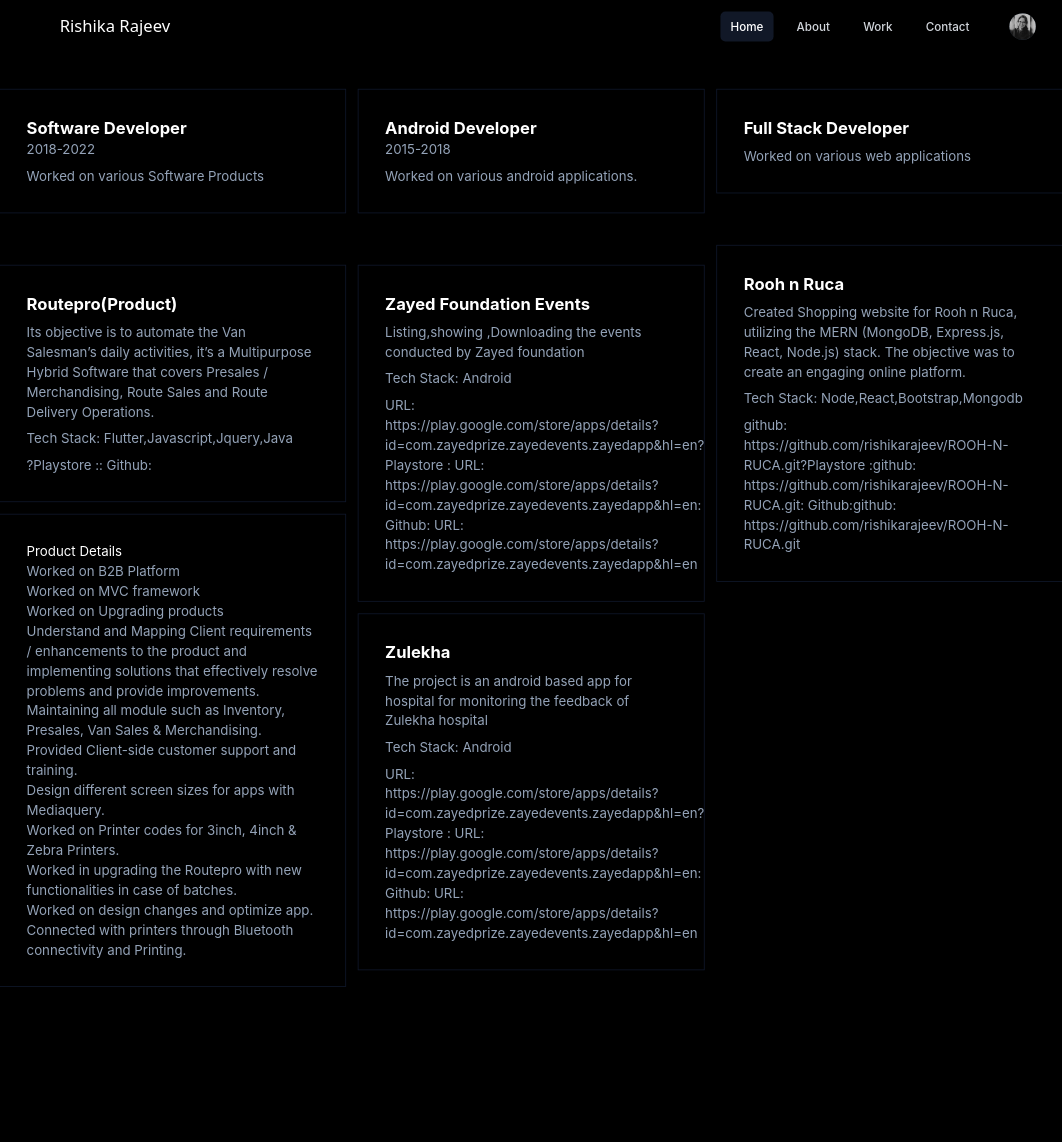
Repository: rishikarajeev/portfolio_rishika
Page: /work
An editor plug-in stored every save of this project. The page is shown before and after the next save, followed by the edit.
The browser window is 1280 px wide. The pictures show the whole page, at 83% of full size.
The project was rebuilt for these pictures with package versions that can differ from the ones it lists, and the page was loaded fresh each time. Also part of the build but not shown: src/Pages/Home.jsx, src/Pages/About.jsx, src/Pages/Contact.jsx.

Above is the page before, as saved 2023-10-23 19:09:56.

### src/Components/Nav/Nav.jsx
import React from 'react'

import img from '../../Images/profile.jpeg'

function Nav() {
  return (
    <div><nav class="dark:bg-black">
    <div class="mx-auto max-w-7xl px-2 sm:px-6 lg:px-8">
      <div class="relative flex h-16 items-center justify-between">
      <div class="absolute inset-y-0 left-7 flex items-center ">

      <a href="#" class=" text-white  px-3 py-2 text-xl font-medium font-sans" aria-current="page">Rishika Rajeev</a>
        </div>
        <div class="absolute inset-y-0 left-0 flex items-center sm:hidden">

          <button type="button" class="relative inline-flex items-center justify-center rounded-md p-2 text-gray-400 hover:bg-gray-700 hover:text-white focus:outline-none focus:ring-2 focus:ring-inset focus:ring-white" aria-controls="mobile-menu" aria-expanded="false">
            <span class="absolute -inset-0.5"></span>
            <span class="sr-only">Open main menu</span>

            <svg class="block h-6 w-6" fill="none" viewBox="0 0 24 24" stroke-width="1.5" stroke="currentColor" aria-hidden="true">
              <path stroke-linecap="round" stroke-linejoin="round" d="M3.75 6.75h16.5M3.75 12h16.5m-16.5 5.25h16.5" />
            </svg>

            <svg class="hidden h-6 w-6" fill="none" viewBox="0 0 24 24" stroke-width="1.5" stroke="currentColor" aria-hidden="true">
              <path stroke-linecap="round" stroke-linejoin="round" d="M6 18L18 6M6 6l12 12" />
            </svg>
          </button>
        </div>
        <div class="flex flex-1 items-center justify-end sm:items-stretch sm:justify-end">
          {/* <div class="flex flex-shrink-0 items-center">
            <img class="h-8 w-auto" src="https://tailwindui.com/img/logos/mark.svg?color=indigo&shade=500" alt="Your Company"/>
          </div> */}
          <div class="hidden sm:ml-6 sm:block ">
            <div class="flex space-x-4 ">

              <a href="/" class="bg-gray-900 text-white rounded-md px-3 py-2 text-sm font-medium" >Home</a>
              <a href="/about" class="text-gray-300 hover:bg-gray-700 hover:text-white rounded-md px-3 py-2 text-sm font-medium">About</a>
              <a href="/work" class="text-gray-300 hover:bg-gray-700 hover:text-white rounded-md px-3 py-2 text-sm font-medium">Work</a>
              <a href="/contact" class="text-gray-300 hover:bg-gray-700 hover:text-white rounded-md px-3 py-2 text-sm font-medium">Contact</a>
            </div>
          </div>
        </div>
        <div class="absolute inset-y-0 right-0 flex items-center pr-2 sm:static sm:inset-auto sm:ml-6 sm:pr-0">
          {/* <button type="button" class="relative rounded-full bg-gray-800 p-1 text-gray-400 hover:text-white focus:outline-none focus:ring-2 focus:ring-white focus:ring-offset-2 focus:ring-offset-gray-800">
            <span class="absolute -inset-1.5"></span>
            <span class="sr-only">View notifications</span>
            <svg class="h-6 w-6" fill="none" viewBox="0 0 24 24" stroke-width="1.5" stroke="currentColor" aria-hidden="true">
              <path stroke-linecap="round" stroke-linejoin="round" d="M14.857 17.082a23.848 23.848 0 005.454-1.31A8.967 8.967 0 0118 9.75v-.7V9A6 6 0 006 9v.75a8.967 8.967 0 01-2.312 6.022c1.733.64 3.56 1.085 5.455 1.31m5.714 0a24.255 24.255 0 01-5.714 0m5.714 0a3 3 0 11-5.714 0" />
            </svg>
          </button> */}


          <div class="relative ml-3">
            <div>
              <button type="button" class="relative flex rounded-full bg-gray-800 text-sm focus:outline-none focus:ring-2 focus:ring-white focus:ring-offset-2 focus:ring-offset-gray-800" id="user-menu-button" aria-expanded="false" aria-haspopup="true">
                <span class="absolute -inset-1.5"></span>
                <span class="sr-only">Open user menu</span>
                <img class="h-8 w-8 rounded-full" src={img} alt=""/>
              </button>
            </div>

          </div>
        </div>
      </div>
    </div>


    <div class="sm:hidden" id="mobile-menu">
      <div class="space-y-1 px-2 pb-3 pt-2">

        <a href="/" class="bg-gray-900 text-white block rounded-md px-3 py-2 text-base font-medium" aria-current="page">Home</a>
        <a href="/about" class="text-gray-300 hover:bg-gray-700 hover:text-white block rounded-md px-3 py-2 text-base font-medium">About</a>
        <a href="/work" class="text-gray-300 hover:bg-gray-700 hover:text-white block rounded-md px-3 py-2 text-base font-medium">Work</a>
        <a href="/contact" class="text-gray-300 hover:bg-gray-700 hover:text-white block rounded-md px-3 py-2 text-base font-medium">Contact</a>
      </div>
    </div>
  </nav>
  </div>
  )
}

export default Nav

### src/Pages/Mywork.jsx
import React from "react";
import Work from "../Components/Work";
import Project from "../Components/Project";
import Nav from "../Components/Nav/Nav";

function Mywork() {
  return (
    <div class="dark md:bg-black ">
      <Nav />

      <div>
        {" "}
        <div className="container mx-auto  dark dark:bg-black">
          <h2 className="text-3xl font-bold mb-2 ">Work Experience</h2>

          <div class="grid grid-cols-1 md:grid-cols-3 gap-4 dark dark:bg-black">
            <div className="dark md:bg-black">
              <Work
                title="Software Developer"
                description="Worked on various Software Products"
                year="2018-2022"
              />
              <h2 className="text-3xl font-bold mt-6 mb-1">Projects</h2>
              <Project
                title="Routepro(Product)"
                description=" Its objective is to automate the Van Salesman’s daily activities, it’s a Multipurpose Hybrid Software that covers Presales / Merchandising, Route Sales and Route Delivery Operations."
                techStack="Flutter,Javascript,Jquery,Java"
              />
              <div className="dark:text-slate-400 ring-1 ring-slate-900 max-w-2xl p-8 dark dark:bg-black">
                <h2 className="text-white"> Product Details</h2>
                <ul>
                  <li>Worked on B2B Platform</li>
                  <li>Worked on MVC framework</li>
                  <li>Worked on Upgrading products </li>
                  <li>
                    Understand and Mapping Client requirements / enhancements to
                    the product and implementing solutions that effectively
                    resolve problems and provide improvements.
                  </li>
                  <li>
                    Maintaining all module such as Inventory, Presales, Van
                    Sales & Merchandising.
                  </li>
                  <li>Provided Client-side customer support and training.</li>
                  <li>
                    Design different screen sizes for apps with Mediaquery.
                  </li>
                  <li>
                    Worked on Printer codes for 3inch, 4inch & Zebra Printers.
                  </li>
                  <li>
                    Worked in upgrading the Routepro with new functionalities in
                    case of batches.
                  </li>
                  <li>Worked on design changes and optimize app.</li>
                  <li>
                    Connected with printers through Bluetooth connectivity and
                    Printing.
                  </li>
                </ul>
              </div>
            </div>
            <div>
            <Work
                title="Android Developer"
                description="Worked on various android applications."
                year="2015-2018"
              />
              <h2 className="text-3xl font-bold mt-6 mb-1">Projects</h2>
              <Project
                title="Zayed Foundation Events"
                description=" Listing,showing ,Downloading the events conducted by Zayed foundation"
                techStack="Android"
                Playstore=" URL: https://play.google.com/store/apps/details?id=com.zayedprize.zayedevents.zayedapp&hl=en"
              />
                  <Project
                title="Zulekha"
                description=" The project is an android based app for hospital for monitoring the feedback of Zulekha hospital"
                techStack="Android"
                Playstore=" URL: https://play.google.com/store/apps/details?id=com.zayedprize.zayedevents.zayedapp&hl=en"
              />
               <ul>
                            <li>Listing the events conducted by Zayed foundation</li>
                            <li>Showing Live events.</li>
                                <li>	Downloading and viewing files.</li>
                                    <li>	Integrated Google Map & Facebook</li>
                                        <li>	Implemented Calendar with Marked Events.</li>
                                            <li>	Playstore URL: https://play.google.com/store/apps/details?id=com.zayedprize.zayedevents.zayedapp&hl=en</li>

                        </ul>
            </div>
            <div className="dark md:bg-black">
              <Work
                title="Full Stack Developer"
                description="Worked on various web applications"

              />
              <h2 className="text-3xl font-bold mt-6 mb-1">Projects</h2>
              <Project
                title="Rooh n Ruca"
                description="    Created Shopping website for Rooh n Ruca, utilizing the MERN (MongoDB, Express.js, React, Node.js)  stack. The objective was to create an  engaging online platform."
                techStack="Node,React,Bootstrap,Mongodb"
                Playstore= "github: https://github.com/rishikarajeev/ROOH-N-RUCA.git"


              />


            </div>
          </div>
        </div>
      </div>
    </div>
  );
}

export default Mywork;

### src/Components/Work.jsx
import React from 'react';

const Work = ({ title, description, year }) => {
  return (
    <div className="mb-4 ring-1 ring-slate-900 max-w-2xl p-8 dark md:bg-black">
      <h3 className="text-xl font-bold text-white">{title}</h3>
      <p className="dark:text-slate-400">{year}</p>
      <p className="mt-2 dark:text-slate-400">{description}</p>
    </div>
  );
};

export default Work;

### src/Components/Project.jsx
import React from 'react';

const Project = ({ title, description, techStack,Playstore,Github }) => {
  return (
    <div className="mb-4 ring-1 ring-slate-900 max-w-2xl p-8 dark md:bg-black">
      <h3 className="text-xl font-bold text-white">{title}</h3>
      <p className="mt-2 dark:text-slate-400">{description}</p>
      <p className="mt-2 dark:text-slate-400">Tech Stack: {techStack}</p>
      <p className="mt-2 dark:text-slate-400">{Playstore}?Playstore :{Playstore}: Github:{Playstore}</p>
    </div>
  );
};

export default Project;

### tailwind.config.js
/** @type {import('tailwindcss').Config} */
module.exports = {
  content: ["./src/**/*.{html,js,jsx}"],
  theme: {
    extend: {},
  },
  darkMode: 'class',
  plugins: [],
}

Loaded but not shown: public/index.html (common file); src/index.js (common file); src/index.css (common file); src/App.js (common file); src/reportWebVitals.js (common file); src/App.css (common file)

After the next save:
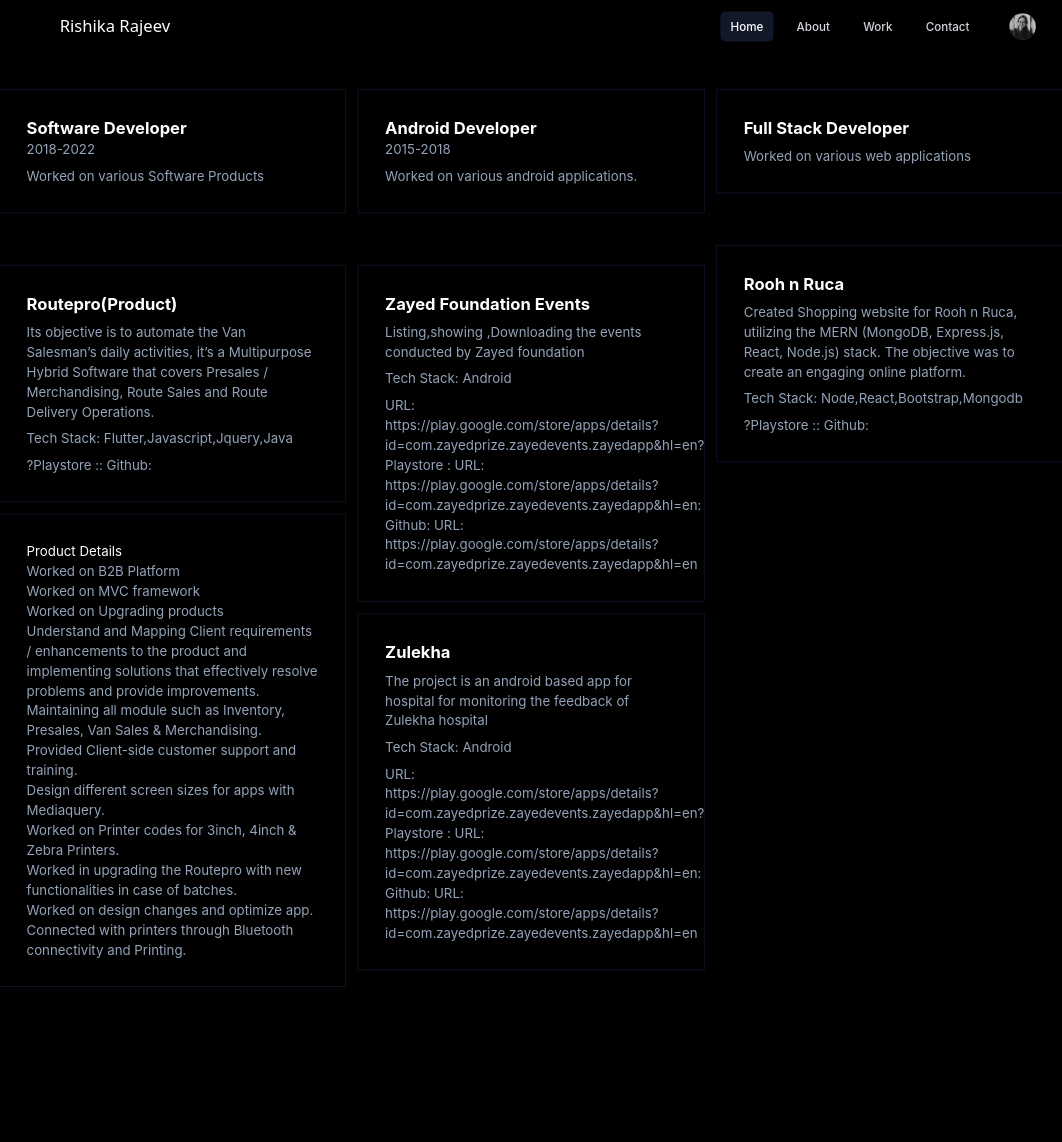
Saved 17 s later.
--- a/src/Pages/Mywork.jsx
+++ b/src/Pages/Mywork.jsx
@@ -100,7 +100,7 @@ function Mywork() {
                 title="Rooh n Ruca"
                 description="    Created Shopping website for Rooh n Ruca, utilizing the MERN (MongoDB, Express.js, React, Node.js)  stack. The objective was to create an  engaging online platform."
                 techStack="Node,React,Bootstrap,Mongodb"
-                Playstore= "github: https://github.com/rishikarajeev/ROOH-N-RUCA.git"
+                Github= "github: https://github.com/rishikarajeev/ROOH-N-RUCA.git"
 
 
               />
